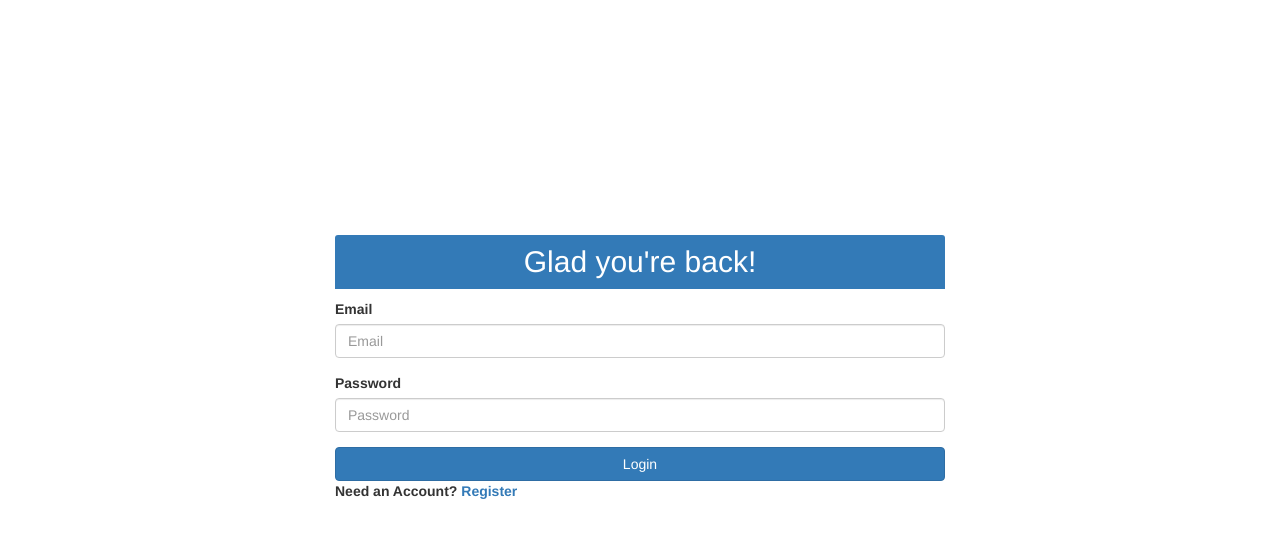
Repository: ronnydoan12345/Doan-ReimbursementProject
Page: org.revature.ERS/src/main/webapp/login.html
An editor plug-in stored every save of this project. The page is shown before and after the next save, followed by the edit.
The browser window is 1280 px wide. The pictures show the whole page.

Above is the page before, as saved 2019-01-14 22:16:16.

After the next save:
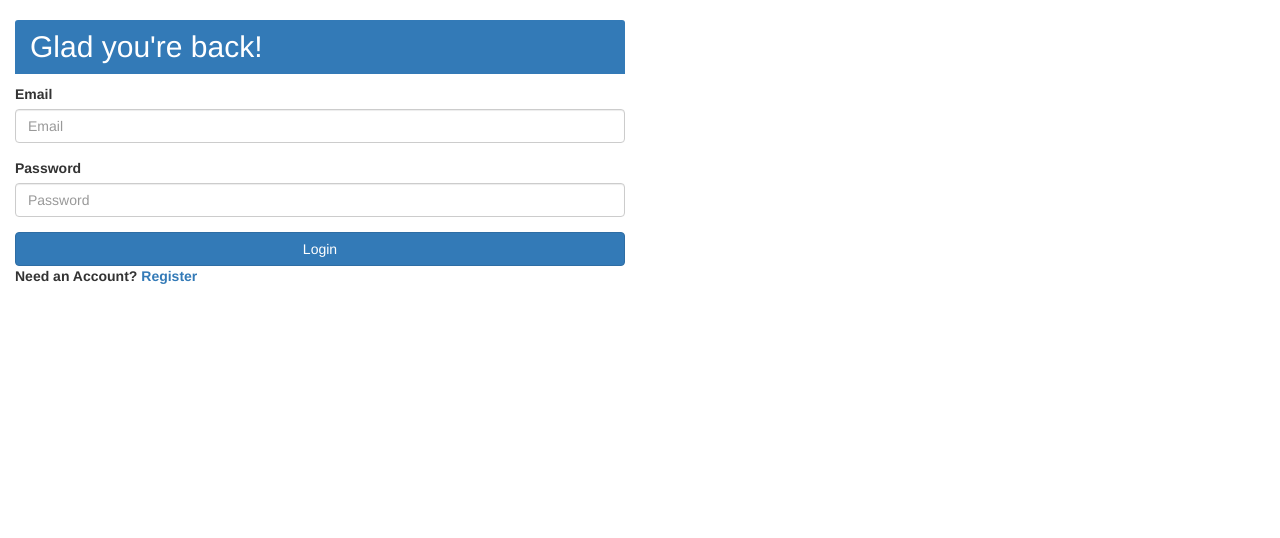
Saved 4 min 32 s later.
--- a/org.revature.ERS/src/main/webapp/login.html
+++ b/org.revature.ERS/src/main/webapp/login.html
@@ -13,20 +13,8 @@
     <script src="https://maxcdn.bootstrapcdn.com/bootstrap/3.3.7/js/bootstrap.min.js"></script>
 </head>
 
-<style>
-html,body {
-    height: 100%;
-}
+<style id="style">
 
-#container {
-    height: 100%;
-    display: flex;
-    justify-content: center;
-    align-items: center;
-}
-.loginCenter {
-    text-align: center;
-}
 </style>
 
 
